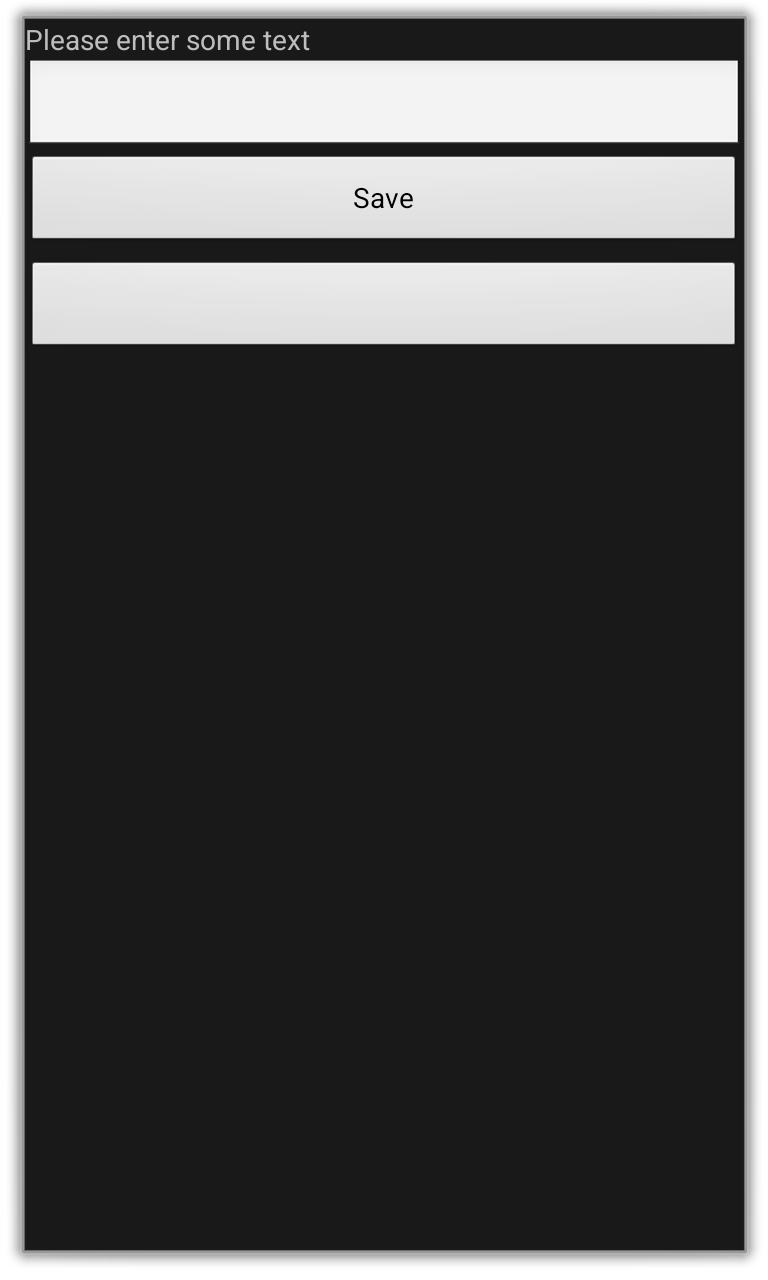
Repository: red201432/MyAndroid
Layout: HelloWorld/res/layout/file_activity.xml
An editor plug-in stored every save of this project. The layout is shown before and after the next save, followed by the edit.
It is drawn on a 768 x 1280 px phone screen (xhdpi) without system bars, with theme android:Theme.Dialog; the app's code is not run.

Above is the layout before, as saved 2015-09-11 02:50:35.

### HelloWorld/res/layout/file_activity.xml
<?xml version="1.0" encoding="utf-8"?>
<LinearLayout xmlns:android="http://schemas.android.com/apk/res/android"
    android:layout_width="match_parent"
    android:layout_height="match_parent"
    android:orientation="vertical" >
    <TextView
        android:layout_width="fill_parent"
        android:layout_height="wrap_content"
        android:text="Please enter some text"/>
    <EditText
        android:id="@+id/txtText1"
        android:layout_width="fill_parent"
        android:layout_height="wrap_content"
        />
    <Button
        android:id="@+id/btnSave"
        android:text="Save"
        android:layout_width="fill_parent"
        android:layout_height="wrap_content"
        android:onClick="onClickSave"
        />
    <Button
        android:id="@+id/btnLoad"
        android:layout_width="fill_parent"
        android:layout_height="wrap_content"
        android:layout_marginTop="5dp"
        android:onClick="onClickLoad"
        />

</LinearLayout>

After the next save:
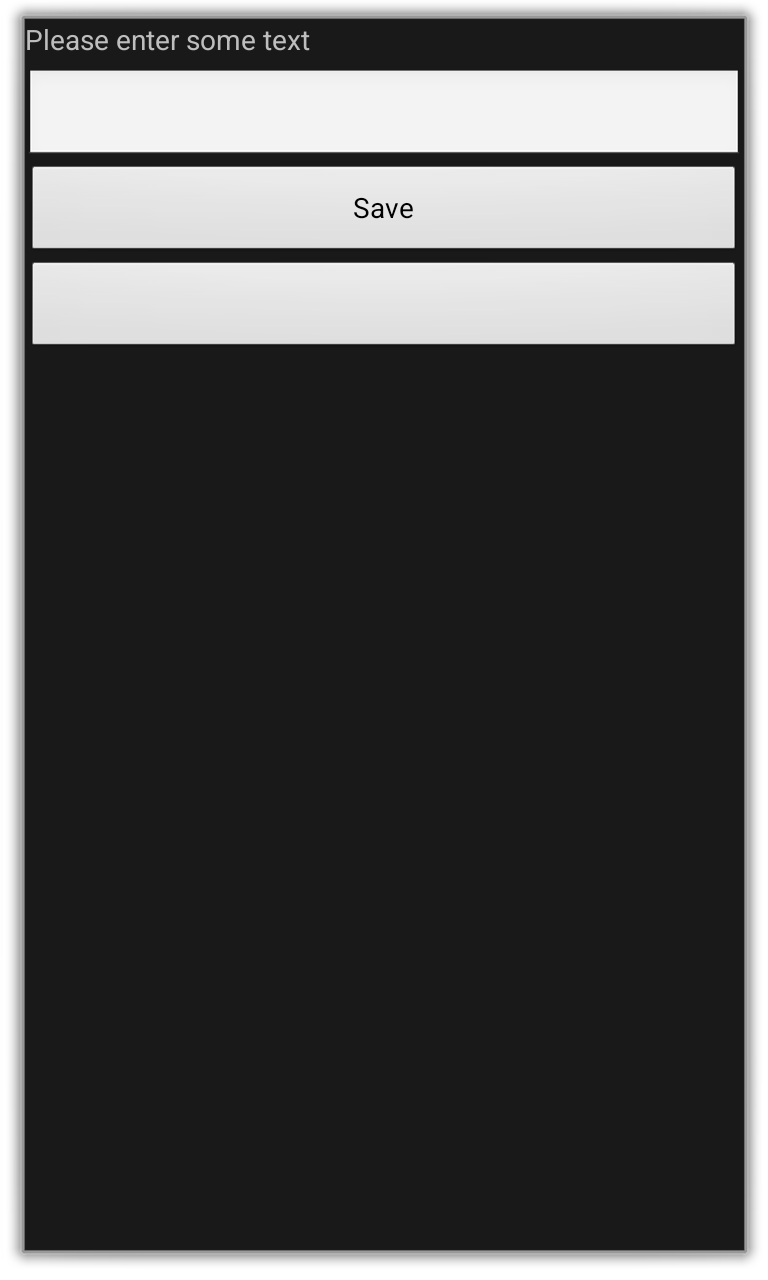
Saved 19 s later.
--- a/HelloWorld/res/layout/file_activity.xml
+++ b/HelloWorld/res/layout/file_activity.xml
@@ -11,6 +11,7 @@
         android:id="@+id/txtText1"
         android:layout_width="fill_parent"
         android:layout_height="wrap_content"
+        android:layout_marginTop="5dp"
         />
     <Button
         android:id="@+id/btnSave"
@@ -23,7 +24,6 @@
         android:id="@+id/btnLoad"
         android:layout_width="fill_parent"
         android:layout_height="wrap_content"
-        android:layout_marginTop="5dp"
         android:onClick="onClickLoad"
         />
 
